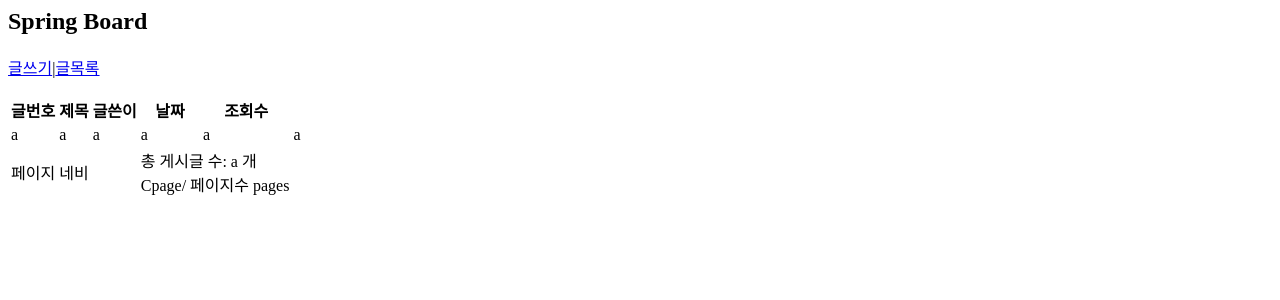
Repository: Jayking0215/myjava
Page: http://localhost/SpringWeb/WEB-INF/views/board/boardList.jsp
The author's editor kept a copy of each file at every save. The page is drawn from the files as they stood at one save, then again after the next save.
The browser window is 1280 px wide. The pictures show the whole page.
The page is served by Tomcat 9. Nobody is signed in. Other server files are loaded and not shown. The template is opened directly, without the code that normally fills it, so the values that code supplies are empty.

Above is the page before, as saved 2023-05-11 07:13:04.

### SpringWorkspace/SpringWeb/src/main/webapp/WEB-INF/views/board/boardList.jsp
<%@ page language="java" contentType="text/html; charset=UTF-8"
    pageEncoding="UTF-8"%>
<div class="row my-3">
	<div class="col-12 text-center">
		<h2>Spring Board</h2>
		<p>
			<a href="write">글쓰기</a>|<a href="list">글목록</a>
		</p>
	</div>
</div>
<div class="row">
	<div class="col-10 offset-1">
		<table class="table table-condensed table-striped">
			<thead>
				<th>글번호</th>
				<th>제목</th>
				<th>글쓴이</th>
				<th>날짜</th>
				<th>조회수</th>
			</thead>
			<tbody>
			<!-- ------------------------------------ -->
			<tr>
				<td>a</td>
				<td>a</td>
				<td>a</td>
				<td>a</td>
				<td>a</td>
				<td>a</td>
			</tr>
			<!-- ------------------------------------ -->
			</tbody>
			<tfoot>
				<tr>
					<td colspan="3">페이지 네비</td>
					<td colspan="2">
						총 게시글 수: <span class="text-primary">a 개</span><br>
						<span class="text-danger">Cpage</span>/ 페이지수 pages
					</td>
				</tr>
			</tfoot>
		</table>
	</div>
</div>

After the next save:
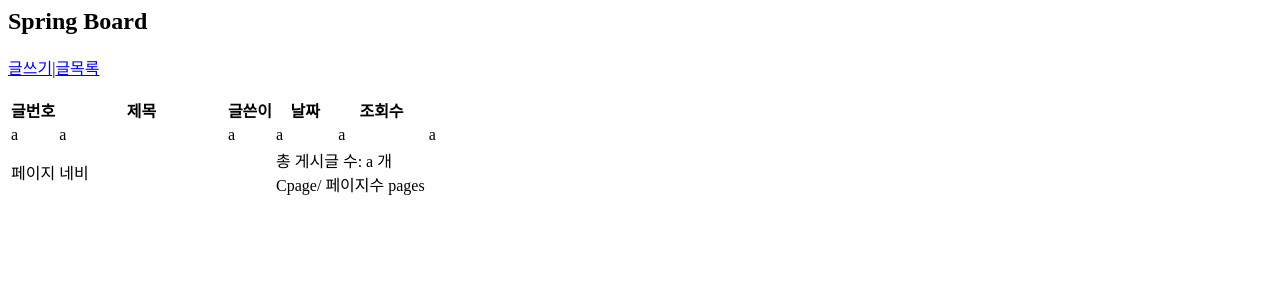
Saved 2 min 27 s later.
--- a/SpringWorkspace/SpringWeb/src/main/webapp/WEB-INF/views/board/boardList.jsp
+++ b/SpringWorkspace/SpringWeb/src/main/webapp/WEB-INF/views/board/boardList.jsp
@@ -12,8 +12,8 @@
 	<div class="col-10 offset-1">
 		<table class="table table-condensed table-striped">
 			<thead>
-				<th>글번호</th>
-				<th>제목</th>
+				<th >글번호</th>
+				<th width="40%">제목</th>
 				<th>글쓴이</th>
 				<th>날짜</th>
 				<th>조회수</th>
